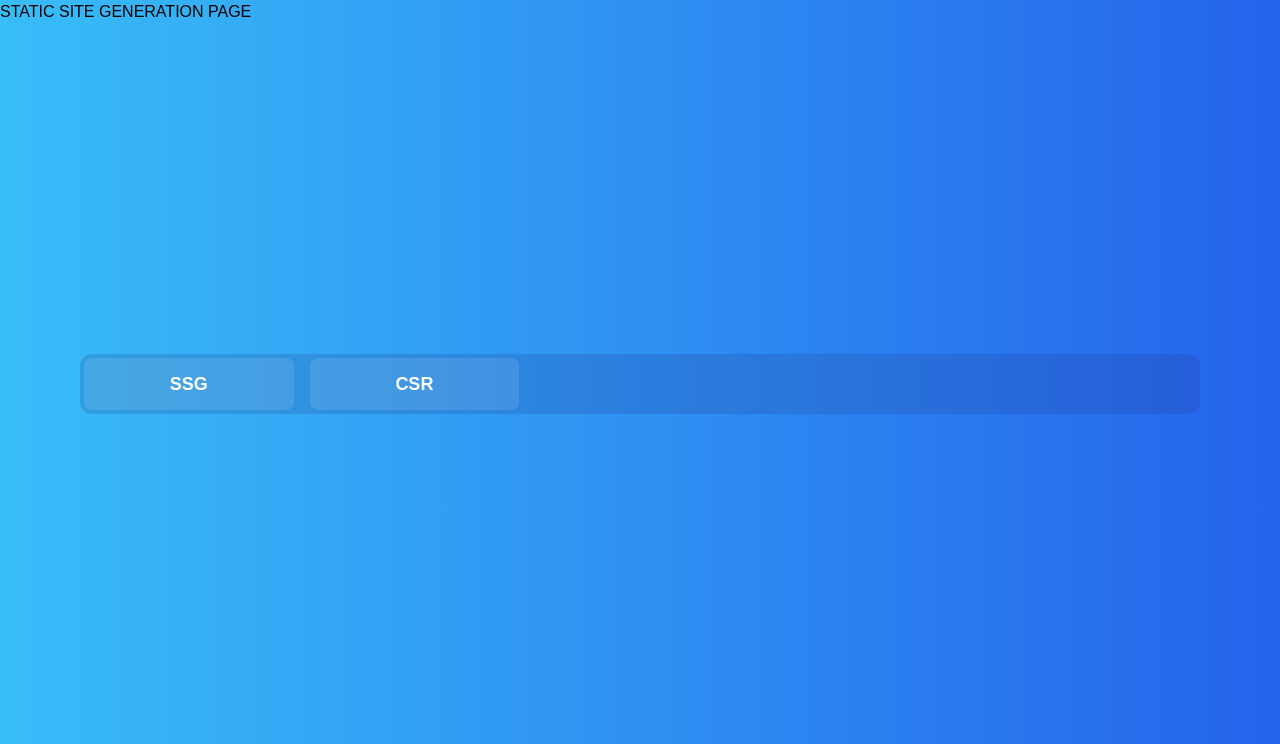
Repository: Marcus20119/Study_nextjs
Page: /
These files come from the project's save history. The page is drawn as it stood at one moment and after the next save; the edit follows.
The browser window is 1280 px wide. The pictures show the whole page.
The project was rebuilt for these pictures with package versions that can differ from the ones it lists, and the page was loaded fresh each time. The framework's server and built-in components were replaced by stand-ins that run in the browser. Also part of the build but not shown: next.config.js.

Above is the page before, as saved 2023-04-06 12:17:45.

### pages/index.tsx
import Head from 'next/head';
import Image from 'next/image';
import { Inter } from 'next/font/google';
import styles from '@/styles/Home.module.css';
import Link from 'next/link';
import { useResponsive } from '@/hooks';

const inter = Inter({ subsets: ['latin'] });

const tabsData: {
  path: string;
  name: string;
}[] = [
  {
    path: '/SSG',
    name: 'SSG',
  },
  {
    path: '/CSR',
    name: 'CSR',
  },
];

export default function Home() {
  return (
    <>
      <h1>STATIC SITE GENERATION PAGE</h1>
      <div
        className="w-full flex justify-center items-center p-20"
        style={{
          height: '100vh',
          maxHeight: '-webkit-fill-available',
        }}
      >
        <div
          className={`w-full grid gap-4 bg-blue-900/20 p-1 rounded-xl grid-cols-5`}
          style={{
            backgroundColor: 'rgb(30 58 138/.2)',
          }}
        >
          {tabsData.map(tab => (
            <Link
              href={tab.path}
              key={tab.path}
              className="flex justify-center items-center bg-white/10 py-3 text-white text-lg font-bold rounded-lg hover:bg-white/90 hover:text-cyan-700"
            >
              {tab.name}
            </Link>
          ))}
        </div>
      </div>
    </>
  );
}

### styles/globals.css
@tailwind base;
@tailwind components;
@tailwind utilities;

:root {
  --tw-gradient-from: #38bdf8;
  --tw-gradient-to: #2563eb;
  --tw-gradient-stops: var(--tw-gradient-from), var(--tw-gradient-to);
}
body {
  font-family: 'Epilogue', sans-serif;
  -webkit-font-smoothing: antialiased;
  -moz-osx-font-smoothing: grayscale;
  -webkit-tap-highlight-color: transparent;
  background-image: linear-gradient(to right, var(--tw-gradient-stops));
}
body::-webkit-scrollbar {
  width: 14px;
  height: 14px;
  background-color: transparent;
}

body::-webkit-scrollbar-thumb {
  border-radius: 10px;
  background-color: #a9a9a9aa;
  -webkit-background-clip: padding-box; /* for Safari */
  background-clip: padding-box;
}

input,
textarea {
  outline: none;
}
* {
  margin: 0;
  padding: 0;
  -webkit-tap-highlight-color: transparent;
  box-sizing: border-box;
  scroll-behavior: smooth !important;
  /* transition-property: all;
  transition-timing-function: cubic-bezier(0.4, 0, 0.2, 1);
  transition-duration: 150ms; */
}
a {
  text-decoration: none !important;
}
li {
  list-style: none;
}
select {
  -webkit-appearance: none;
  -moz-appearance: none;
  outline: none;
}
td {
  vertical-align: middle;
  height: 44.8px;
}

Loaded but not shown: pages/_app.tsx (common file); pages/_document.tsx (common file); tailwind.config.js (common file)

After the next save:
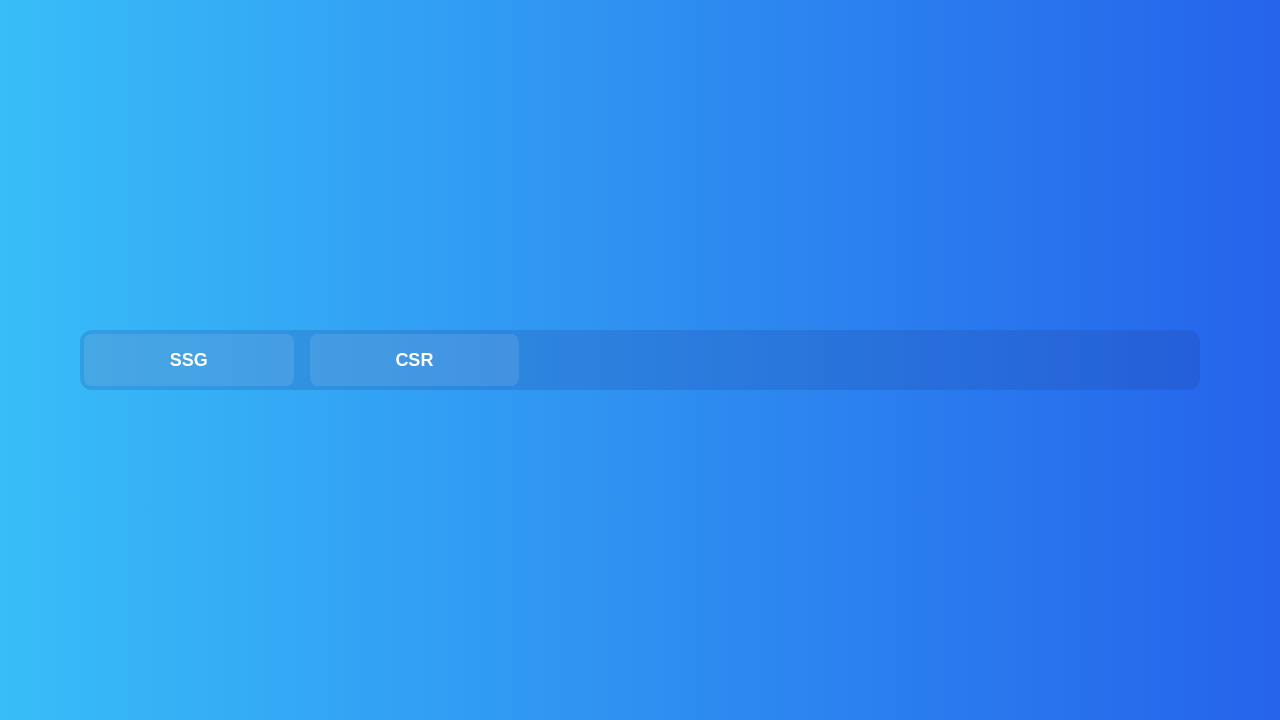
Saved 24 s later.
--- a/pages/index.tsx
+++ b/pages/index.tsx
@@ -24,7 +24,6 @@ const tabsData: {
 export default function Home() {
   return (
     <>
-      <h1>STATIC SITE GENERATION PAGE</h1>
       <div
         className="w-full flex justify-center items-center p-20"
         style={{
